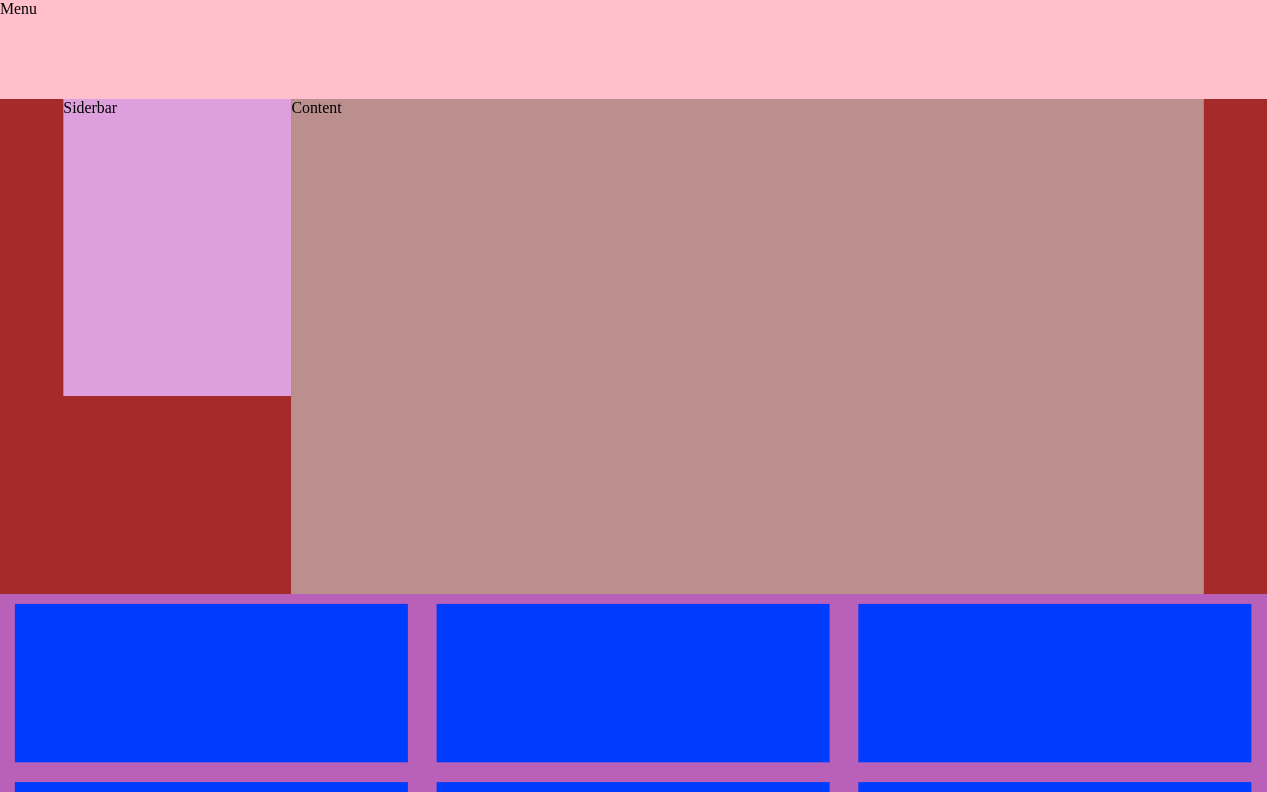
Repository: cvTuananh/Wed-famework
Page: Lab04/lab04/demo05.html
These files come from the project's save history. The page is drawn as it stood at one moment and after the next save; the edit follows.
The browser window is 1280 px wide. The pictures show the whole page, at 99% of full size.

Above is the page before, as saved 2021-09-28 19:58:17.

After the next save:
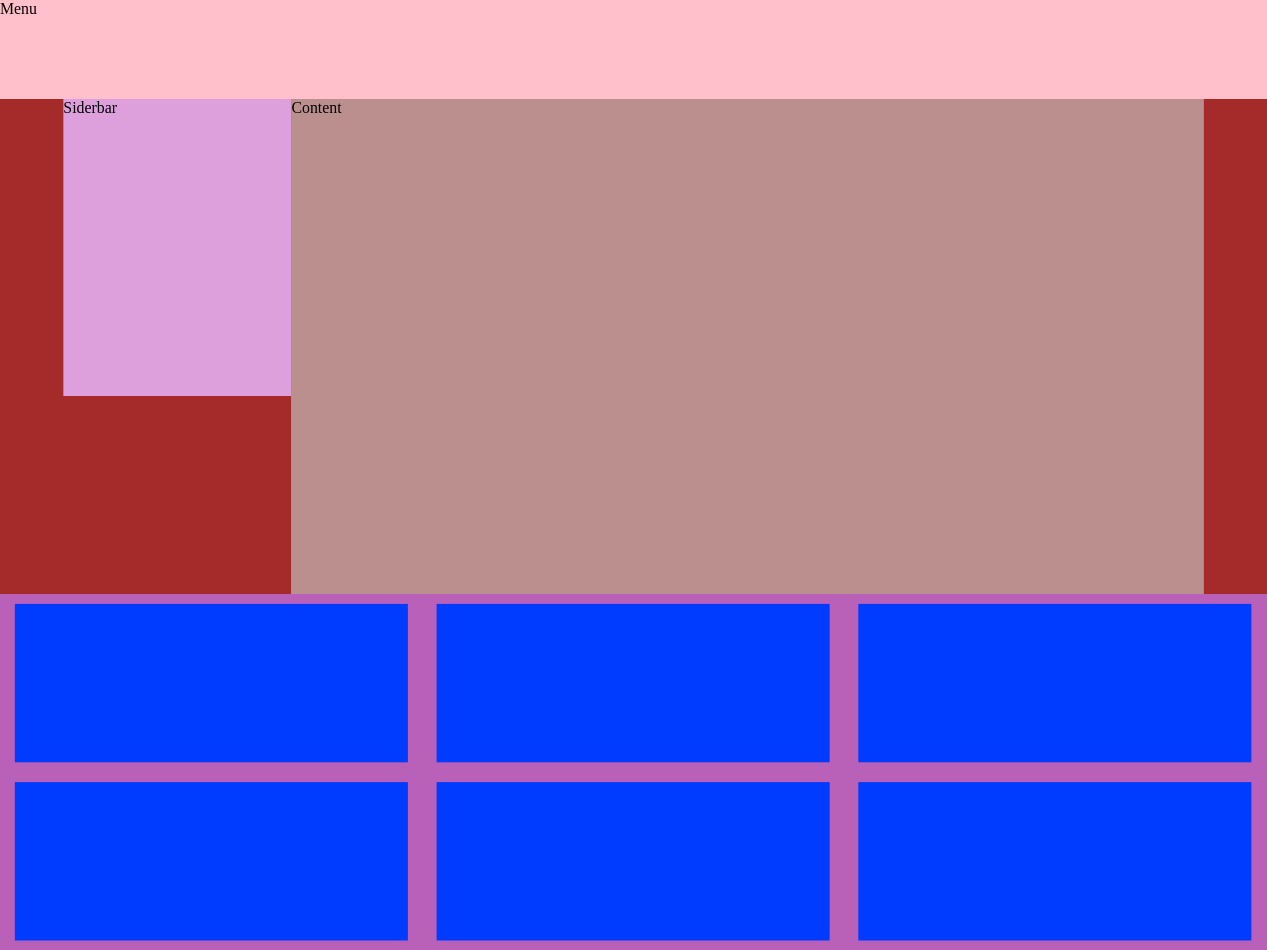
Saved 5 s later.
--- a/Lab04/lab04/css/demo05.css
+++ b/Lab04/lab04/css/demo05.css
@@ -30,7 +30,7 @@ article{
 
 footer{
     background-color: rgb(185, 96, 185);
-    height: 200px;
+    /* height: 200px; */
     overflow: hidden;
 }
 .column{
